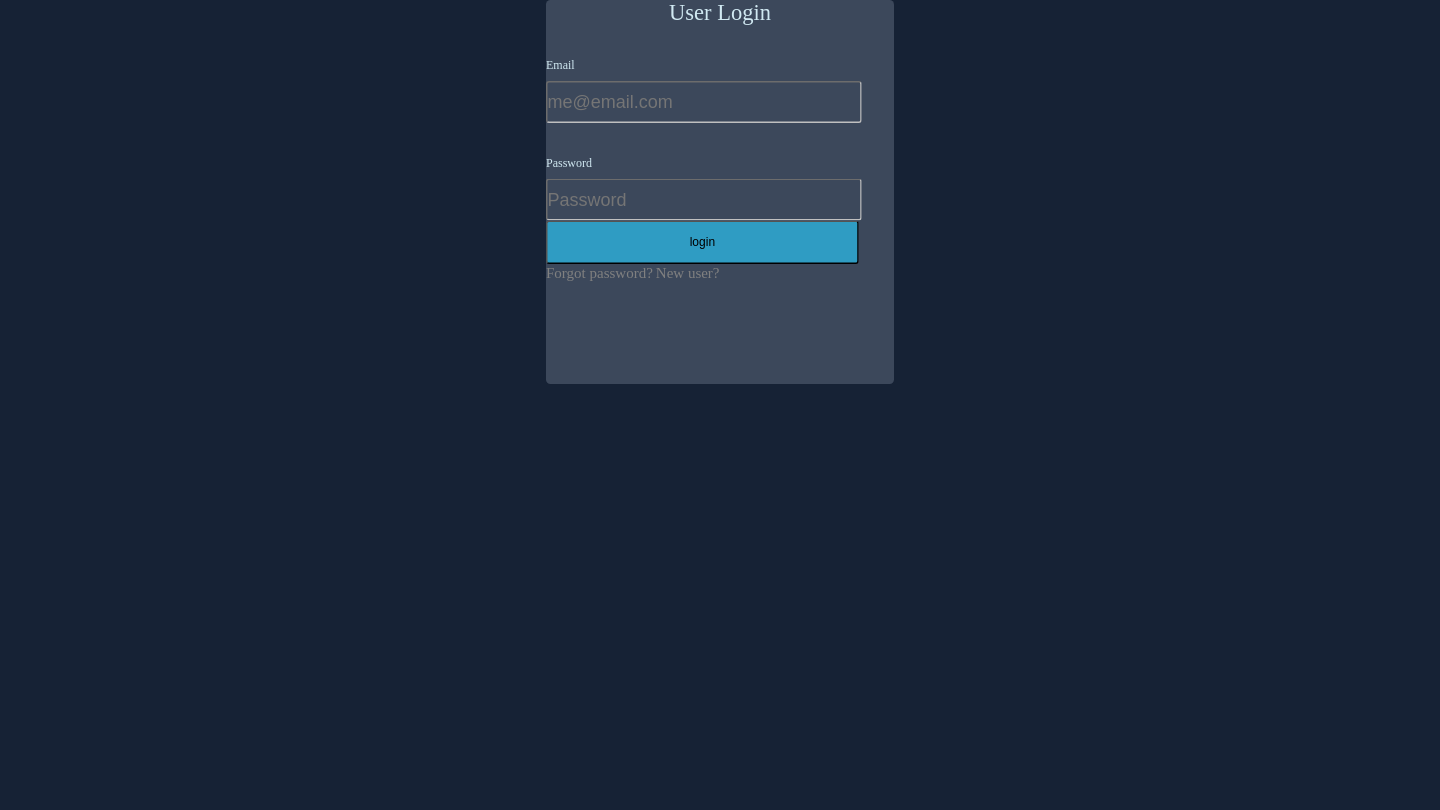
Repository: leystra019/nea
Page: html/user login.html
The author's editor kept a copy of each file at every save. The page is drawn from the files as they stood at one save, then again after the next save.
The browser window is 1280 px wide. The page is 1920 px wide, so the pictures cover 1920 px, including what lies to the right of the window. The pictures show the whole page, at 75% of full size.

Above is the page before, as saved 2022-12-12 09:58:46.

After the next save:
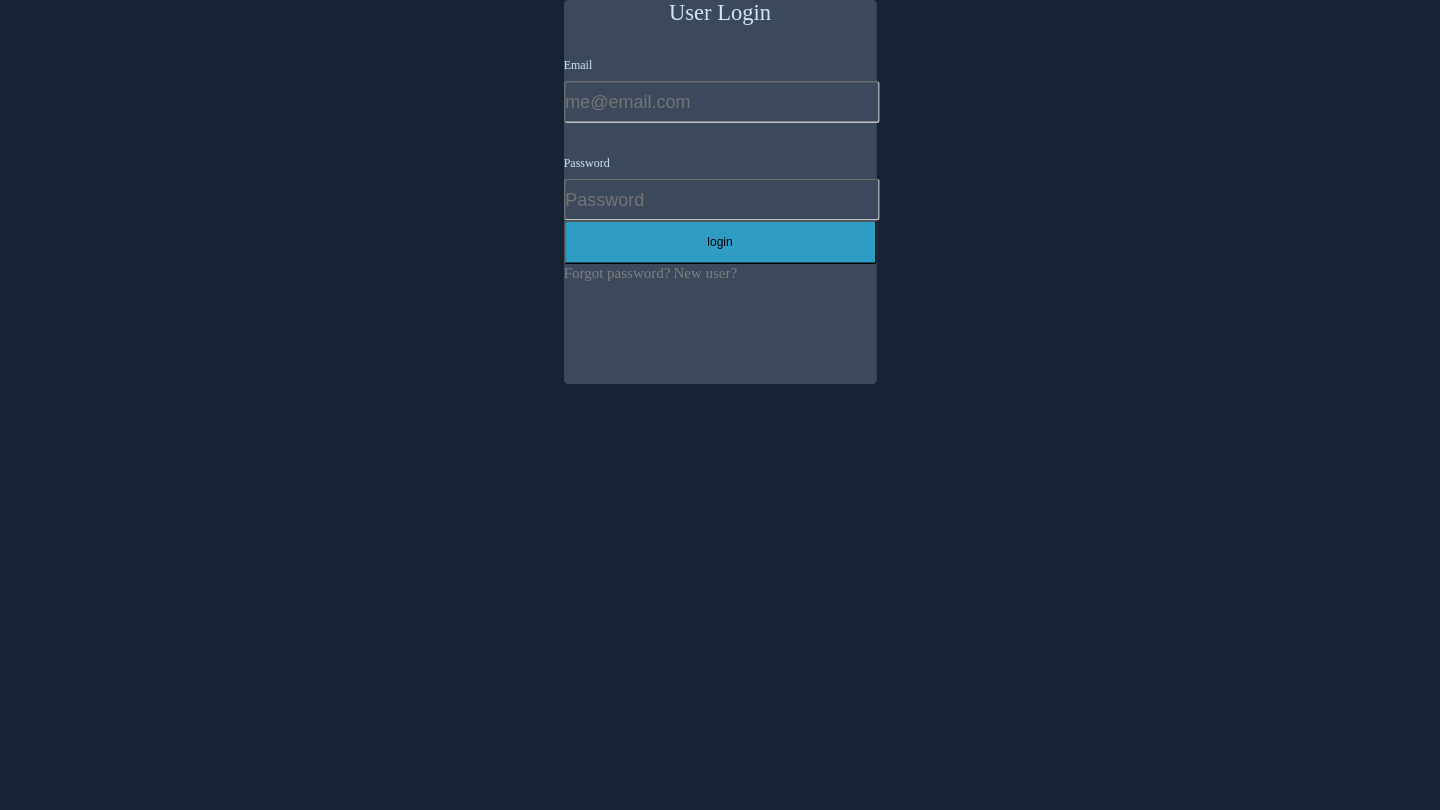
Saved 27 s later.
--- a/css/login.css
+++ b/css/login.css
@@ -16,7 +16,7 @@
 
 .ln-card {
     height: 512px;
-    width: 464px;
+    width: 417px;
     background-color: #3C485B;
     border: 1px;
     padding-top: 46px;

After the save that followed:
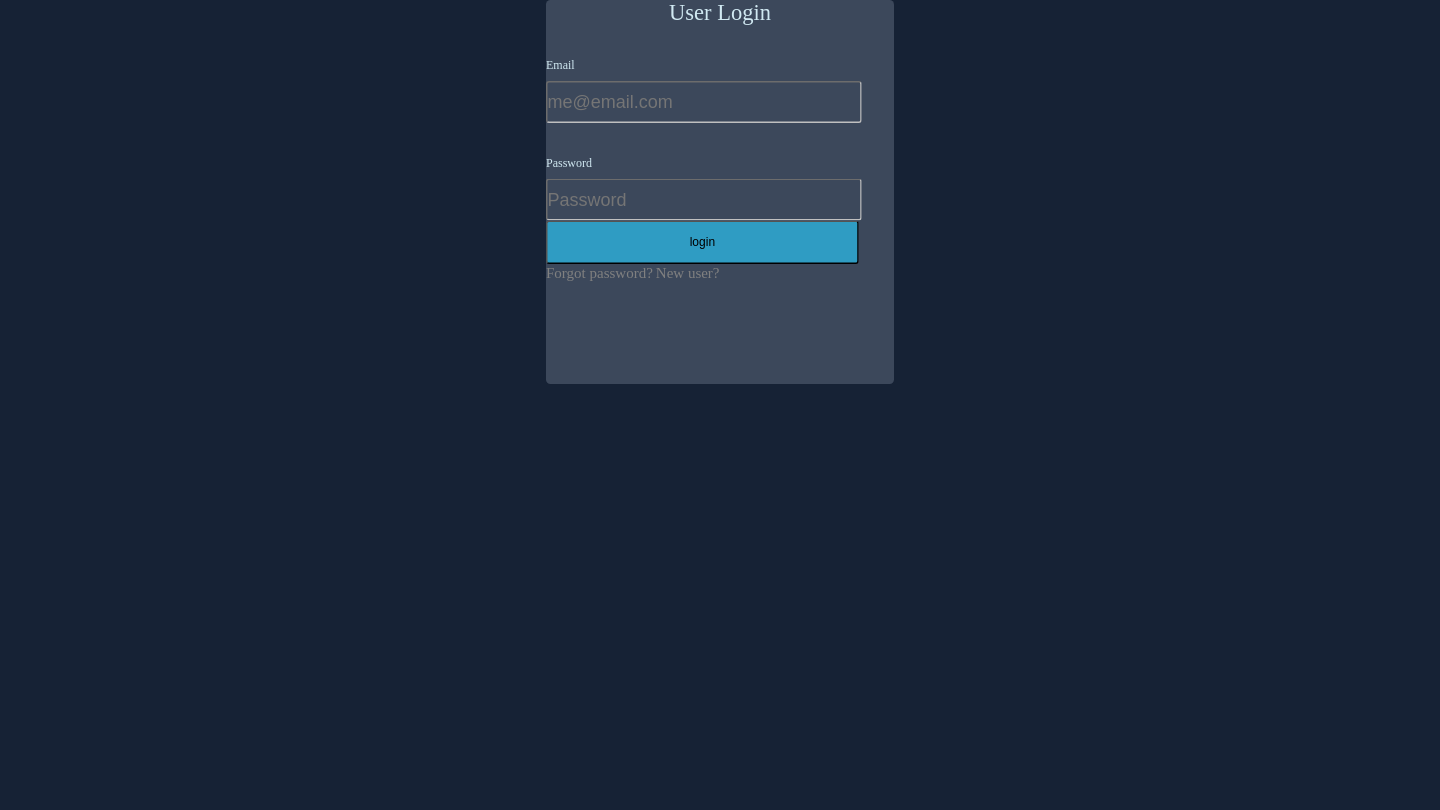
Saved 36 s later.
--- a/css/login.css
+++ b/css/login.css
@@ -16,7 +16,7 @@
 
 .ln-card {
     height: 512px;
-    width: 417px;
+    width: 464px;
     background-color: #3C485B;
     border: 1px;
     padding-top: 46px;
